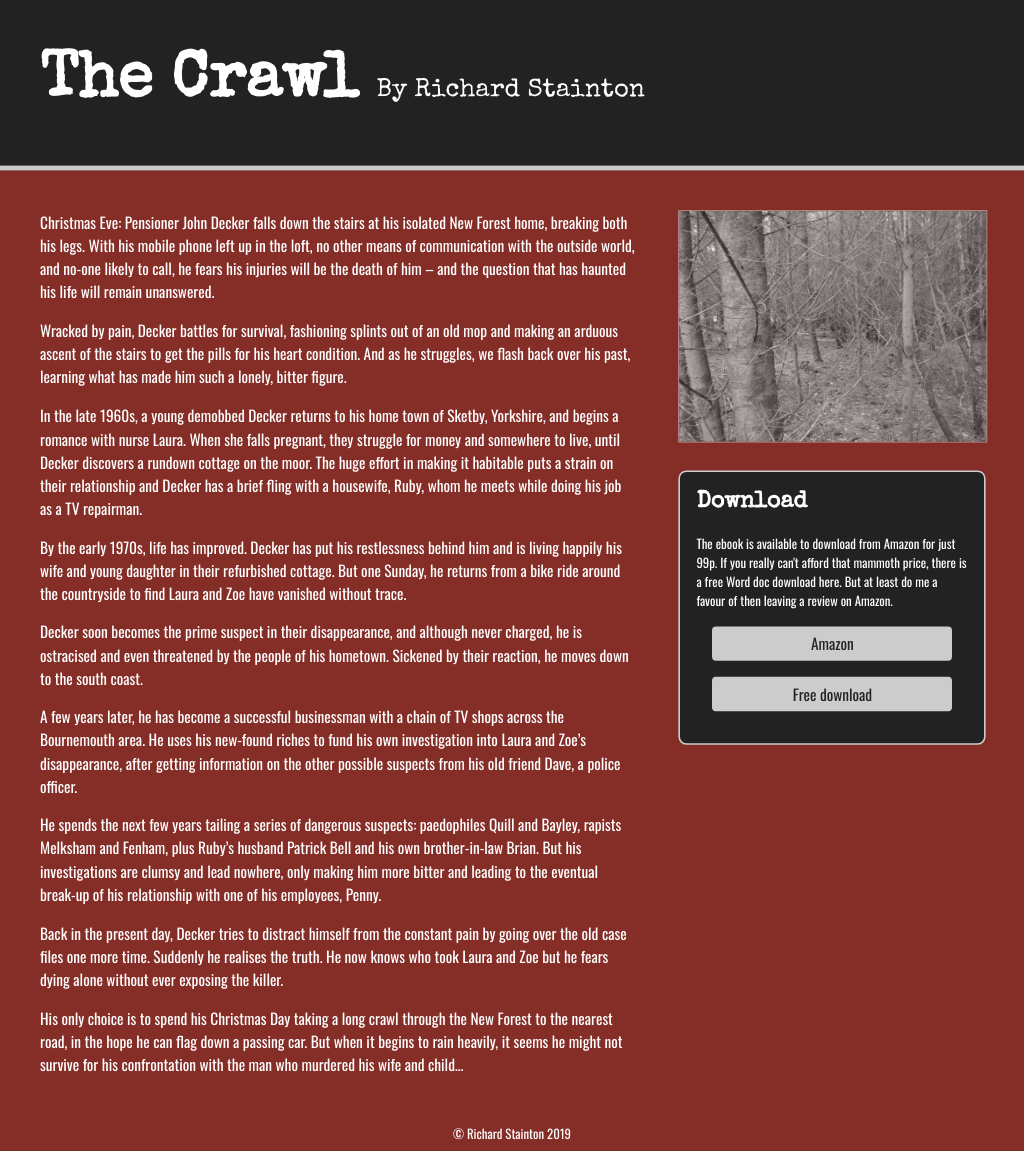
Repository: Domehead123/crawl
Page: index.html
The author's editor kept a record of every edit. The page is drawn from the files as they stood at one moment, then again after the next edit.
The browser window is 1280 px wide. The pictures show the whole page, at 80% of full size.

Above is the page before.

### index.html
<!DOCTYPE html>
<html lang="en">
<head>
    <meta charset="UTF-8">
    <meta name="viewport" content="width=device-width, initial-scale=1.0">
    <meta http-equiv="X-UA-Compatible" content="ie=edge">
    <link href="https://fonts.googleapis.com/css?family=Oswald|Special+Elite&display=swap" rel="stylesheet">
    <link rel="stylesheet" href="assets/css/style.css" type="text/css" />
    <title>The Crawl</title>
</head>
<body>
    <header>
        <div class="title"><h1>The Crawl</h1></div>
        <div class="author">By Richard Stainton</div>
    </header>
    <main>
        <p>Christmas Eve: Pensioner John Decker falls down the stairs at his isolated New Forest home, breaking both his legs. With his mobile phone left up in the loft, no other means of communication with the outside world, and no-one likely to call, he fears his injuries will be the death of him – and the question that has haunted his life will remain unanswered.</p>
<p>Wracked by pain, Decker battles for survival, fashioning splints out of an old mop and making an arduous ascent of the stairs to get the pills for his heart condition. And as he struggles, we flash back over his past, learning what has made him such a lonely, bitter figure.</p>
<p>In the late 1960s, a young demobbed Decker returns to his home town of Sketby, Yorkshire, and begins a romance with nurse Laura. When she falls pregnant, they struggle for money and somewhere to live, until Decker discovers a rundown cottage on the moor. The huge effort in making it habitable puts a strain on their relationship and Decker has a brief fling with a housewife, Ruby, whom he meets while doing his job as a TV repairman.</p>
<p>By the early 1970s, life has improved. Decker has put his restlessness behind him and is living happily his wife and young daughter in their refurbished cottage. But one Sunday, he returns from a bike ride around the countryside to find Laura and Zoe have vanished without trace.</p>
<p>Decker soon becomes the prime suspect in their disappearance, and although never charged, he is ostracised and even threatened by the people of his hometown. Sickened by their reaction, he moves down to the south coast.</p>
<p>A few years later, he has become a successful businessman with a chain of TV shops across the Bournemouth area. He uses his new-found riches to fund his own investigation into Laura and Zoe’s disappearance, after getting information on the other possible suspects from his old friend Dave, a police officer.</p>
<p>He spends the next few years tailing a series of dangerous suspects: paedophiles Quill and Bayley, rapists Melksham and Fenham, plus Ruby’s husband Patrick Bell and his own brother-in-law Brian. But his investigations are clumsy and lead nowhere, only making him more bitter and leading to the eventual break-up of his relationship with one of his employees, Penny.</p>
<p>Back in the present day, Decker tries to distract himself from the constant pain by going over the old case files one more time. Suddenly he realises the truth. He now knows who took Laura and Zoe but he fears dying alone without ever exposing the killer.</p>
<p>His only choice is to spend his Christmas Day taking a long crawl through the New Forest to the nearest road, in the hope he can flag down a passing car. But when it begins to rain heavily, it seems he might not survive for his confrontation with the man who murdered his wife and child…</p>
    </main>
    <side>
        <img src="assets/images/trees-mono.jpg">
        <div class="downloads">
            <h2>Download</h2>
        <p>The ebook is available to download from Amazon for just 99p. If you really can't afford that mammoth price, there is a free Word doc download here. But at least do me a favour of then leaving a review on Amazon.</p>

        <div class="button"><a href="https://www.amazon.co.uk/Crawl-Richard-Stainton-ebook/dp/B0841PFPQ1/ref=sr_1_1?keywords=the+crawl+richard+stainton&qid=1584789270&sr=8-1" target="_blank">Amazon</a></div>
        <div class="button"><a href="assets/files/the-crawl.docx">Free download</a></div>
        </div>

    </side>
    <footer>© Richard Stainton 2019</footer>
</body>
</html>

### assets/css/style.css
body {
 background: #852e28;
  font-family: 'Oswald', sans-serif;
  color: #fff;
  margin: 0;
}

header {
    background: #222;
    border-bottom: 6px solid #ccc;
    box-sizing: border-box;
    padding: 10px 0 10px 50px;
}

h1 {
    font-family: 'Special Elite', cursive;
    font-size: 5em;
}

h2 {
    font-family: 'Special Elite', cursive;
    font-size: 1.8em;
}

.title {
  color: #fff;
  display: inline-block;
  width: auto;
  margin: 0 20px 0 0;
}

.author {
    color: #fff;
  font-family: 'Special Elite', cursive;
  font-size: 2em;
  display: inline-block;
  width: 40%;
}

main {
    font-size: 1.2em;
    padding: 50px;
    width: 66%;
    display: inline-block;
    vertical-align: top;
    box-sizing: border-box;
}

main p:first-of-type {
    margin-top: 0;
}

main p:last-of-type {
    margin-bottom: 0;
}

side {
    width: 30%;
    display: inline-block;
    vertical-align: top;
    padding: 50px 0 0 0;
    box-sizing: border-box;
}

side img {
    width: 100%;
    border: 1px solid #ccc;
    opacity: 0.9;
}

.downloads {
    background: #222;
    border: 2px solid #ccc;
    border-radius: 10px;
    padding: 0 20px 20px 20px;
    margin-top: 30px;
    box-sizing: border-box;
}

.button {
    background: #ccc;
    color: #222;
    border-radius: 5px;
    width: 300px;
    padding: 7px;
    font-size: 1.2em;
    box-sizing: border-box;
    text-align: center;
    margin: 20px auto;
    transition: 0.4s all;
    max-width: 100%;
    cursor: pointer;
}

.button:hover {
    background: #eee;
}

.button a {
    display: inline-block;
    width: 100%;
    height: 100%;
    text-decoration: none;
    transition: 0.4s all;
    color: #222;
}

.button:hover a {
     text-decoration: underline;
}

footer {
    text-align: center;
    padding: 10px;
}

@media only screen and (max-width: 768px) {

  h1 {
      margin-bottom: 20px;
      }


 .title {
      width: 100%;
      margin: 0;
      }

  .author {
      width: 100%;
      margin: 0 0 30px 0;
  }

  main {
    width: 100%;
    margin: 0;
  }

   side {
    width: 100%;
    padding: 0;
    margin: 0;
  }

  side img {
      display: none;
  }

  .downloads {
      margin: 0 50px 50px 50px;
  }

}

After the next edit:
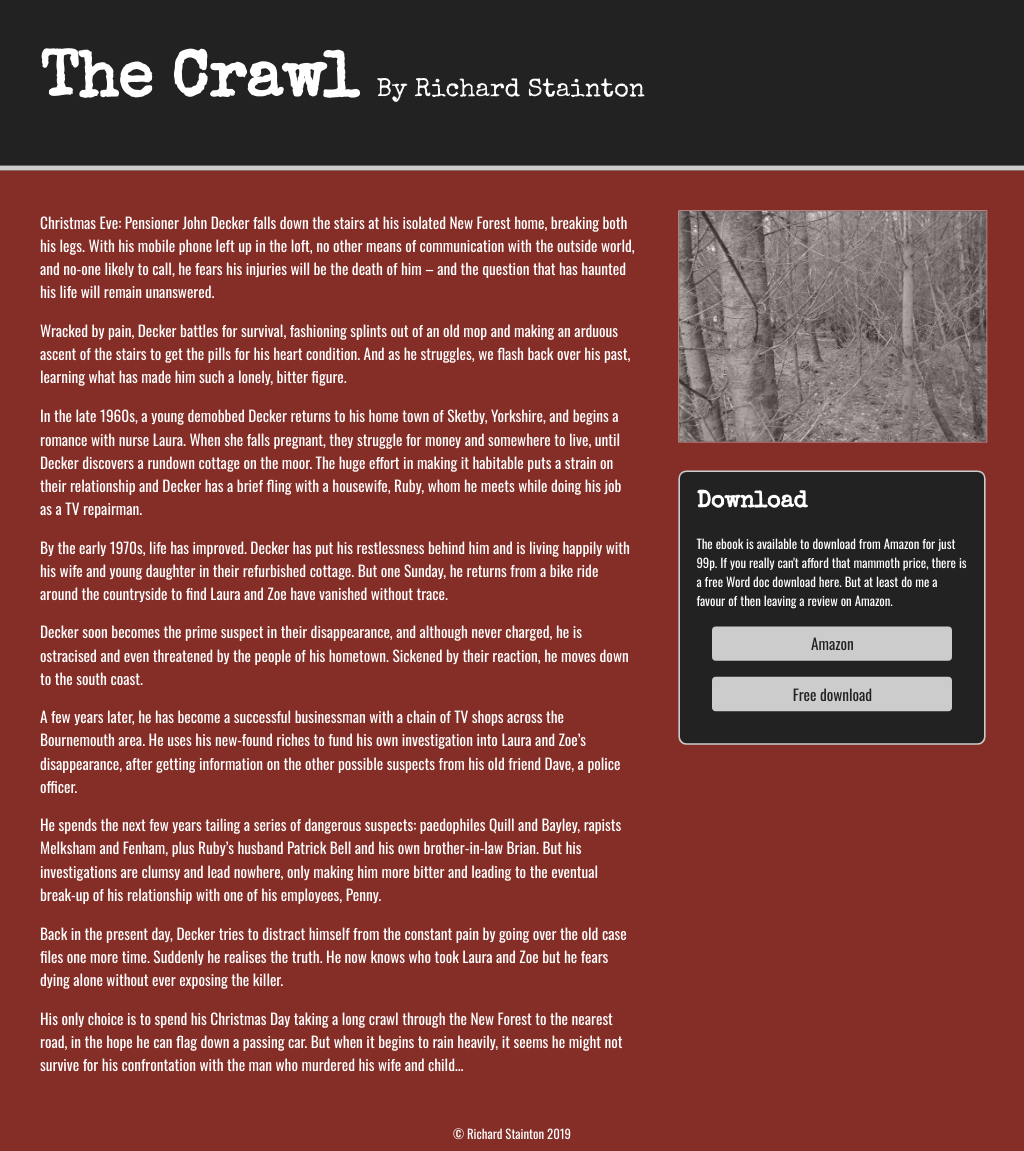
The edit:
--- a/index.html
+++ b/index.html
@@ -17,7 +17,7 @@
         <p>Christmas Eve: Pensioner John Decker falls down the stairs at his isolated New Forest home, breaking both his legs. With his mobile phone left up in the loft, no other means of communication with the outside world, and no-one likely to call, he fears his injuries will be the death of him – and the question that has haunted his life will remain unanswered.</p>
 <p>Wracked by pain, Decker battles for survival, fashioning splints out of an old mop and making an arduous ascent of the stairs to get the pills for his heart condition. And as he struggles, we flash back over his past, learning what has made him such a lonely, bitter figure.</p>
 <p>In the late 1960s, a young demobbed Decker returns to his home town of Sketby, Yorkshire, and begins a romance with nurse Laura. When she falls pregnant, they struggle for money and somewhere to live, until Decker discovers a rundown cottage on the moor. The huge effort in making it habitable puts a strain on their relationship and Decker has a brief fling with a housewife, Ruby, whom he meets while doing his job as a TV repairman.</p>
-<p>By the early 1970s, life has improved. Decker has put his restlessness behind him and is living happily his wife and young daughter in their refurbished cottage. But one Sunday, he returns from a bike ride around the countryside to find Laura and Zoe have vanished without trace.</p>
+<p>By the early 1970s, life has improved. Decker has put his restlessness behind him and is living happily with his wife and young daughter in their refurbished cottage. But one Sunday, he returns from a bike ride around the countryside to find Laura and Zoe have vanished without trace.</p>
 <p>Decker soon becomes the prime suspect in their disappearance, and although never charged, he is ostracised and even threatened by the people of his hometown. Sickened by their reaction, he moves down to the south coast.</p>
 <p>A few years later, he has become a successful businessman with a chain of TV shops across the Bournemouth area. He uses his new-found riches to fund his own investigation into Laura and Zoe’s disappearance, after getting information on the other possible suspects from his old friend Dave, a police officer.</p>
 <p>He spends the next few years tailing a series of dangerous suspects: paedophiles Quill and Bayley, rapists Melksham and Fenham, plus Ruby’s husband Patrick Bell and his own brother-in-law Brian. But his investigations are clumsy and lead nowhere, only making him more bitter and leading to the eventual break-up of his relationship with one of his employees, Penny.</p>
